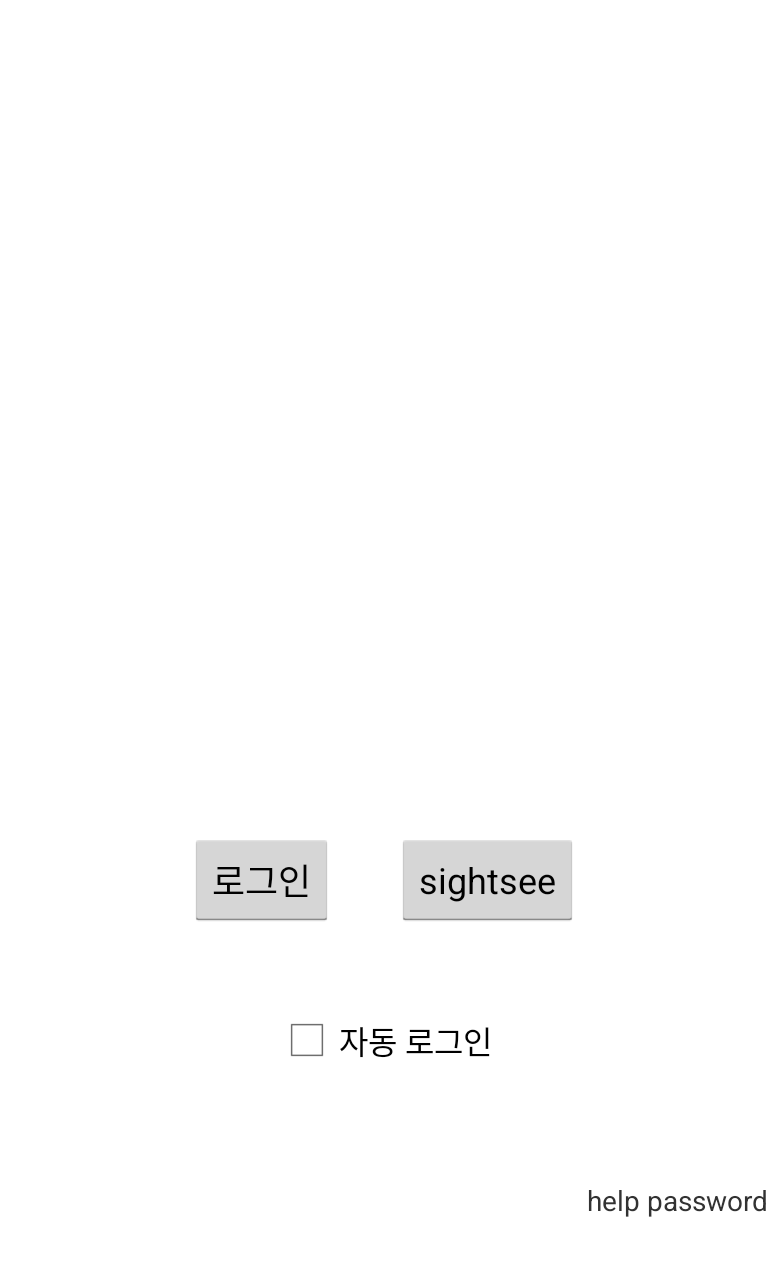
Repository: ET-Bike/E.T-Bike
Layout: Android_Client_ETBike/ETBike/ETBike/res/layout/activity_main.xml
The author's editor kept a copy of each file at every save. The layout is drawn from the files as they stood at one save, then again after the next save.
It is drawn on a 768 x 1280 px phone screen (xhdpi) without system bars, with theme AppTheme; the app's code is not run.

Above is the layout before, as saved 2012-11-07 14:53:33.

After the next save:
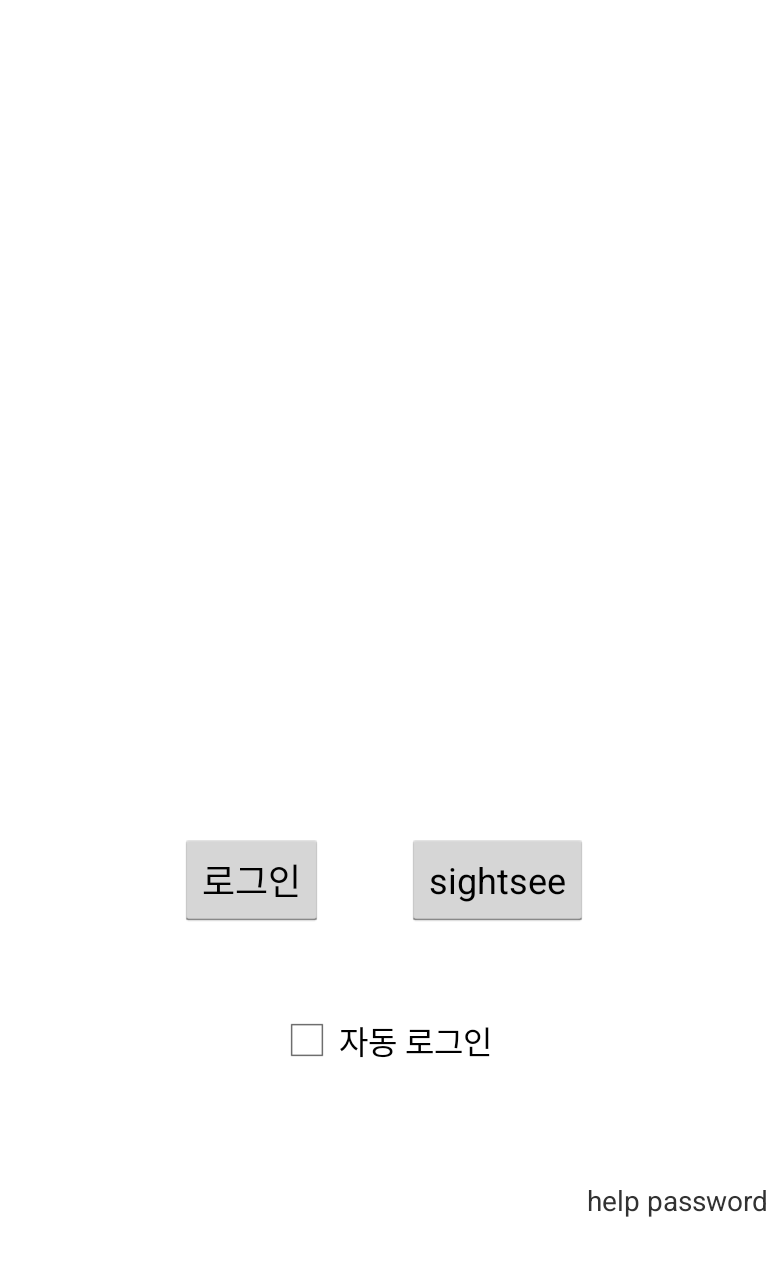
Saved 6 s later.
--- a/Android_Client_ETBike/ETBike/ETBike/res/layout/activity_main.xml
+++ b/Android_Client_ETBike/ETBike/ETBike/res/layout/activity_main.xml
@@ -29,7 +29,7 @@
         <Button
             android:layout_width="wrap_content"
         	android:layout_height="wrap_content"
-        	android:layout_marginLeft="30dp"
+        	android:layout_marginLeft="40dp"
         	android:text="sightsee"
             />
     </LinearLayout>
